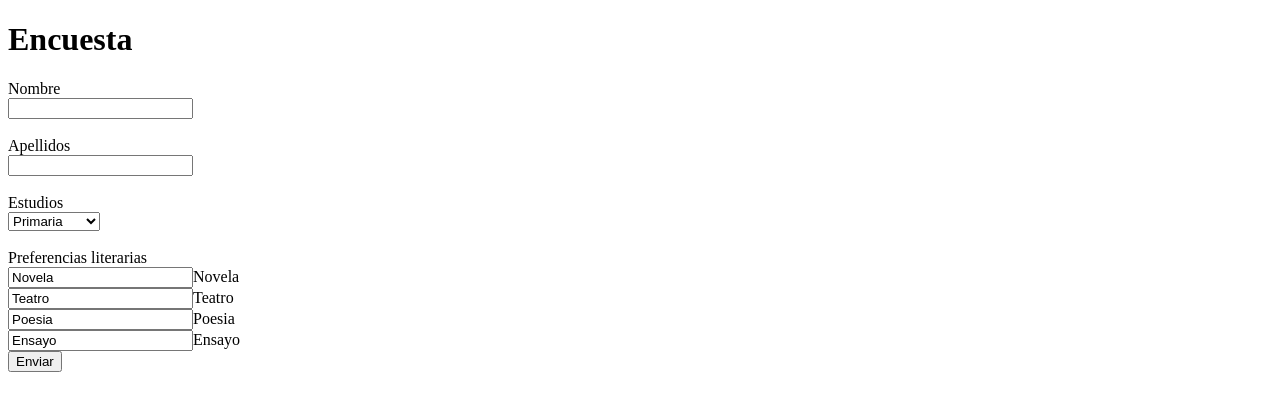
Repository: JoseJuanRT/javaee
Page: PrimerProyecto/WebContent/index.html
An editor plug-in stored every save of this project. The page is shown before and after the next save, followed by the edit.
The browser window is 1280 px wide. The pictures show the whole page.

Above is the page before, as saved 2017-02-16 17:52:41.

After the next save:
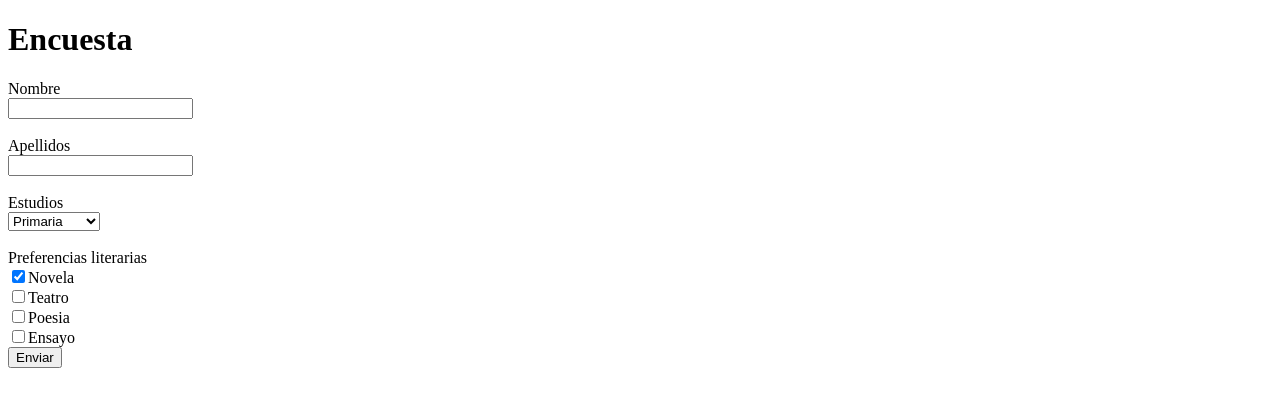
Saved 53 s later.
--- a/PrimerProyecto/WebContent/index.html
+++ b/PrimerProyecto/WebContent/index.html
@@ -20,10 +20,10 @@ Estudios<br>
 	<option>Bachillerato</option>
 </select><br><br>
 Preferencias literarias<br>
-<input type="checbox" name="preferencias" value="Novela" checked>Novela<br>
-<input type="checbox" name="preferencias" value="Teatro">Teatro<br>
-<input type="checbox" name="preferencias" value="Poesia">Poesia<br>
-<input type="checbox" name="preferencias" value="Ensayo">Ensayo<br>
+<input type="checkbox" name="preferencias" value="Novela" checked>Novela<br>
+<input type="checkbox" name="preferencias" value="Teatro">Teatro<br>
+<input type="checkbox" name="preferencias" value="Poesia">Poesia<br>
+<input type="checkbox" name="preferencias" value="Ensayo">Ensayo<br>
 
 <input type="submit" value="Enviar">
 
